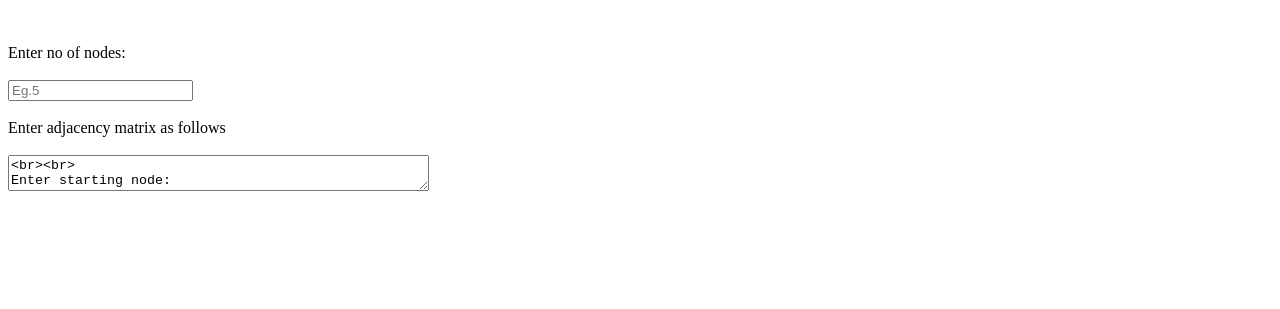
Repository: vinaybabu3962/ALGORITHMIC-TOOLBOX
Page: DAA_WT/webapp/Dijkstras.html
The author's editor kept a copy of each file at every save. The page is drawn from the files as they stood at one save, then again after the next save.
The browser window is 1280 px wide. The pictures show the whole page.

Above is the page before, as saved 2021-07-04 09:56:05.

After the next save:
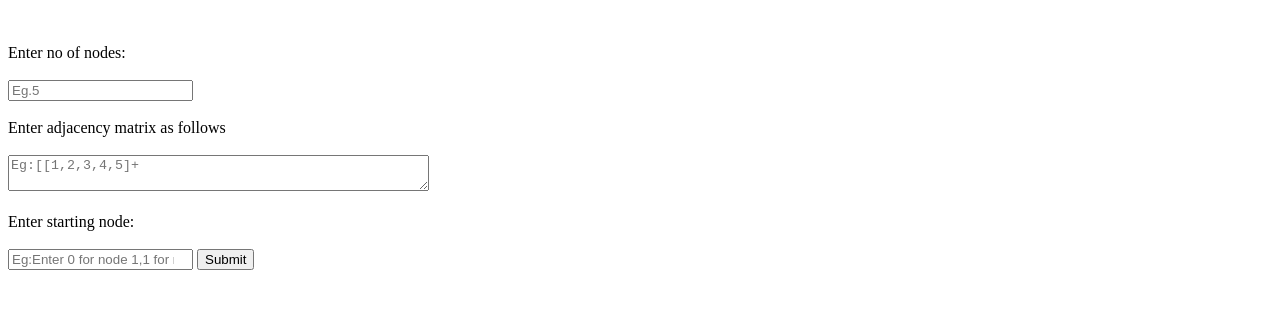
Saved 2 min 20 s later.
--- a/DAA_WT/webapp/Dijkstras.html
+++ b/DAA_WT/webapp/Dijkstras.html
@@ -12,7 +12,7 @@
 <br><br>
 Enter adjacency matrix as follows
 <br><br>
-<textarea id="w3review" name="matrix" placeholder="Eg:[[1,2,3,4,5]+"\n"+[6,7,8,9,10]]"rows="10" cols="50">
+<textarea id="w3review" name="matrix" placeholder="Eg:[[1,2,3,4,5]+"\n"+[6,7,8,9,10]]"rows="10" cols="50"></textarea>
 <br><br>
 Enter starting node:
 <br><br>
